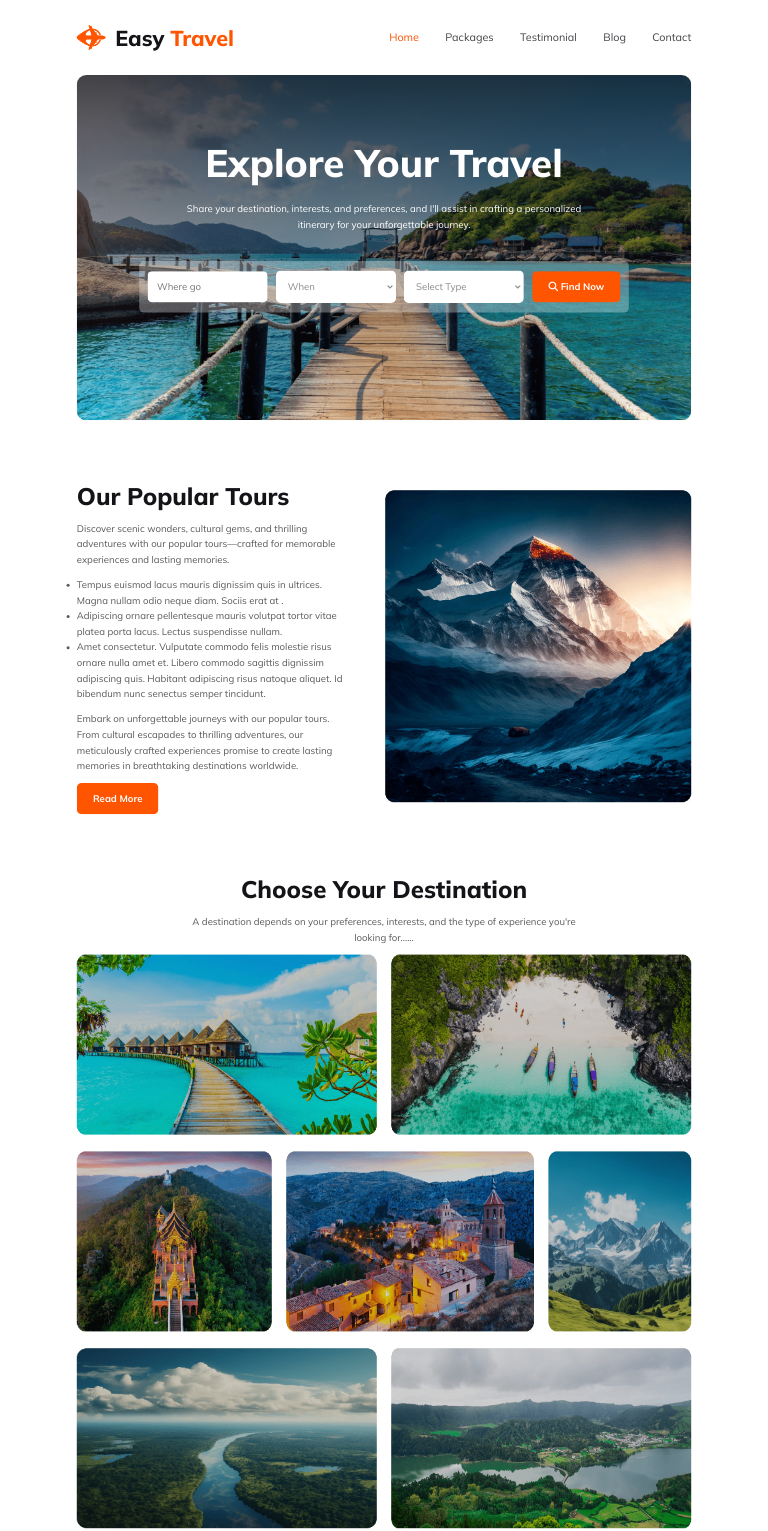
Repository: ShouravAhammed/Assignment-2
Page: index.html
These files come from the project's save history. The page is drawn as it stood at one moment and after the next save; the edit follows.
The browser window is 1280 px wide. The pictures show the whole page, at 60% of full size.
Some web libraries are served in a nearby version.

Above is the page before, as saved 2024-01-16 15:10:35.

### index.html
<!DOCTYPE html>
<html lang="en">
<head>
    <meta charset="UTF-8">
    <meta name="viewport" content="width=device-width, initial-scale=1.0">
    <!-- website title -->
    <title>Easy Travel</title>
    <!-- linked font awesome -->
    <script src="https://kit.fontawesome.com/0d98d502eb.js" crossorigin="anonymous"></script>
    <!-- linked favicon -->
    <link rel="shortcut icon" href="Images/Group 40071 (2).png" type="image/x-icon">
    <!-- linked css -->
    <link rel="stylesheet" href="styles/style.css">
</head>
<body>
    <!-- header part start -->
    <header id="header">
        <div class="container">
            <nav class="navigation">
                    <a class="website-name" href="">
                        <img src="Images/Group 40071 (2).png" alt="">
                        <h3 class="web-text">Easy <span class="web-text-color">Travel</span></h3>
                    </a>
                    <input type="checkbox" id="check">
                    <label for="check" class="checkbtn"><i class="fa-solid fa-bars"></i></label>
                    <ul class="nav">
                        <li><a class="active" href="">Home</a></li>
                        <li><a href="">Packages</a></li>
                        <li><a href="">Testimonial</a></li>
                        <li><a href="">Blog</a></li>
                        <li><a href="">Contact</a></li>
                    </ul>
                </nav>

                <section id="banner">
                    <div class="banner-container">
                        <div class="banner-text">
                            <h2 class="banner-title">Explore Your Travel</h2>
                        <p class="banner-description">Share your destination, interests, and preferences, and I'll assist in crafting a personalized itinerary for your unforgettable journey.</p>
                        </div>
                        <form class="banner-form" action="">
                            <input type="text" placeholder="Where go">
                            <select name="" id="">
                                <option value="">When</option>
                                <option value="">Maldives</option>
                                <option value="">Nepal</option>
                                <option value="">Singapur</option>
                                <option value="">Thailand</option>
                            </select>
                            <select name="" id="">
                                <option value="">Select Type</option>
                                <option value="">Maldives</option>
                                <option value="">Nepal</option>
                                <option value="">Singapur</option>
                                <option value="">Thailand</option>
                            </select>
                            <button class="primary-btn"><i class="fa-solid fa-magnifying-glass"></i> Find Now</button>
                        </form>
                    </div>
                </section>
        </div>
    </header>
    <!-- header part end -->
    <!-- main part start -->
    <main>
        <section id="tour">
            <div class="container">
                <div class="tour-container">
                    <div class="tour-text">
                        <h3 class="primary-title">Our Popular Tours</h3>
                        <p class="primary-description">Discover scenic wonders, cultural gems, and thrilling adventures with our popular tours—crafted for memorable experiences and lasting memories.</p>
                        <ul class="tour-list">
                            <li>Tempus euismod lacus mauris dignissim quis in ultrices. Magna nullam odio neque diam. Sociis erat at .</li>
                            <li>Adipiscing ornare pellentesque mauris volutpat tortor vitae platea porta lacus. Lectus suspendisse nullam.</li>
                            <li>Amet consectetur. Vulputate commodo felis molestie risus
                                ornare nulla amet et. Libero commodo sagittis dignissim adipiscing quis. Habitant adipiscing risus natoque aliquet. Id bibendum nunc senectus semper tincidunt.
                            </li>
                        </ul>
                        <p class="primary-description">Embark on unforgettable journeys with our popular tours. From cultural escapades to thrilling adventures, our meticulously crafted experiences promise to create lasting memories in breathtaking destinations worldwide.</p>
                        <button class="primary-btn">Read More</button>
                    </div>
                    <div class="tour-img">
                        <img src="Images/Rectangle 4.png" alt="tour-img">
                    </div>
                </div>
            </div>
        </section>
        <!-- destination section part -->
        <section id="destination">
            <div class="container">
                <dive class="destination-container">
                    <div class="destination-text">
                        <h3 class="primary-title">Choose Your Destination</h3>
                    <p class="primary-description">A destination depends on your preferences, interests, and the type of experience you're looking for......</p>
                    </div>
                    <div class="destination-content">
                        <div class="destination-img" id="img1">
                            <img src="Images/Rectangle 5.png" alt="">
                        </div>
                        <div class="destination-img" id="img2">
                            <img src="Images/Rectangle 8.png" alt="">
                        </div>
                        <div class="destination-img" id="img3">
                            <img src="Images/Rectangle 6.png" alt="">
                        </div>
                        <div class="destination-img" id="img4">
                            <img src="Images/Rectangle 7.png" alt="">
                        </div>
                        <div class="destination-img" id="img5">
                            <img src="Images/Rectangle 9.png" alt="">
                        </div>
                        <div class="destination-img" id="img6">
                            <img src="Images/Rectangle 11.png" alt="">
                        </div>
                        <div class="destination-img" id="img7">
                            <img src="Images/Rectangle 10.png" alt="">
                        </div>
                    </div>
                </dive>
            </div>
        </section>
    </main>
    <!-- main part end -->
    <!-- footer part start -->
    <footer>

    </footer>
    <!-- footer part end -->
</body>
</html>

### styles/style.css
/* Import Fonts From Google Fonts */
@import url('https://fonts.googleapis.com/css2?family=Mulish:ital,wght@0,200;0,300;0,400;0,500;0,600;0,700;0,800;0,900;0,1000;1,200;1,300;1,400;1,500;1,600;1,700;1,800;1,900;1,1000&display=swap');@import url('https://fonts.googleapis.com/css2?family=Mulish:ital,wght@0,200;0,300;0,400;0,500;0,600;0,700;0,800;0,900;0,1000;1,200;1,300;1,400;1,500;1,600;1,700;1,800;1,900;1,1000&display=swap');

/* color clearance */
:root{
    --primary-color: #FF5400;
    --secondary-color: #131318;
    --third-color: #fff;
}

/* all default size off */
*{
    margin: 0;
    padding: 0;
    outline: 0;
    box-sizing: border-box;
}
/* container display measuring size*/
.container{
    width: 80%;
    margin: 0 auto;
}
/* primary title, description and button */
.primary-title{
    color: var(--secondary-color);
    font-family: Mulish;
    font-size: 2.5rem;
    font-weight: 800;
}
.primary-description{
    color: rgba(19, 19, 24, 0.70);
    font-family: Mulish;
    font-size: 1rem;
    font-weight: 400;
    line-height: 26px;
    margin: 16px 0;
}
/* navigation css style */
.navigation{
    display: flex;
    align-items: center;
    justify-content: space-between;
    margin: 40px 0;
}
.website-name{
    display: flex;
    align-items: center;
    gap: 16px;
    text-decoration: none;
}
.website-name img{
    width: 48px;
}
.website-name .web-text{
    color: var(--secondary-color);
    font-family: Mulish;
    font-size: 2.25rem;
    font-weight: 800;
}
.website-name .web-text-color{
    color: var(--primary-color);
}


.checkbtn{
    font-size: 1.75rem;
    color: #131318;
    display: none;
}
#check{
    display: none;
}



.navigation > .nav{
    display: flex;
    align-items: center;
    gap: 44px;
}
.nav > li{
    list-style: none;
}
.nav > li a{
    color: #424247;
    font-family: Mulish;
    font-size: 1.125rem;;
    font-weight: 400;
    text-decoration: none;
    transition: all ease 0.3s;
}
.nav > li a.active, .nav > li a:hover{
    color: var(--primary-color);
}

#banner{
    background-image: linear-gradient(180deg, rgba(19, 19, 24, 0.80) 0%, rgba(19, 19, 24, 0.00) 100%), url(../Images/Group13.png);
    background-position: center;
    background-size: cover;
    background-repeat: no-repeat;
    height: 80vh;
    border-radius: 16px;
}
.banner-text{
    padding-top: 106px;
    width: 676px;
    margin: 0 auto 48px auto;
    text-align: center;
}
.banner-text .banner-title{
    color: #FFF;
    font-family: Mulish;
    font-size: 4rem;
    font-weight: 800;
}
.banner-text .banner-description{
    color: #FFF;
    font-family: Mulish;
    font-size: 1rem;
    font-weight: 400;
    line-height: 26px;
    margin-top: 24px;
}
.banner-form{
    border-radius: 8px;
    background: rgba(255, 255, 255, 0.30);
    width: 816px;
    padding: 16px 0px;
    margin: 0 auto;
    text-align: center;
    display: flex;
    align-items: center;
    justify-content: space-evenly;
}
.banner-form input, .banner-form select{
    color: rgba(19, 19, 24, 0.50);
    border-radius: 8px;
    background: #FFF;
    font-family: Mulish;
    font-size: 1rem;
    font-weight: 400;
    padding: 14px;
    border: 2px solid transparent;
    transition: all ease 0.5s;
    width: 200px;
}
.banner-form input:hover{
    border: 2px solid var(--primary-color);
}
.banner-form select:hover{
    border: 2px solid var(--primary-color);
}
.primary-btn{
    color: #FFF;
    font-family: Mulish;
    font-size: 16px;
    font-weight: 700;
    border-radius: 8px;
    background: #FF5400;
    border: none;
    padding: 14px 25px;
    border:  2px solid transparent;
    transition: all ease 0.5s;
}
.primary-btn:hover{
    border: 2px solid var(--primary-color);
    background: #fff;
    color: var(--primary-color);
}



/* tour section css style */
#tour{
    margin: 100px 0;
}
.tour-container{
    display: flex;
    gap: 53px;
    align-items: center;
}
.tour-text{
    width: 47%;
}
.tour-img{
    width: 52%;
}
.tour-img img{
    width: 100%;
}
.tour-list > li{
    color: rgba(19, 19, 24, 0.70);
    font-family: Mulish;
    font-size: 1rem;
    font-weight: 400;
    line-height: 26px;
}
/* destination section css style */

.destination-text{
    width: 643px;
    margin: 0 auto;
    text-align: center;
}
.destination-content{
    display: grid;
    grid-template-columns: repeat(12, 1fr);
    grid-template-rows: repeat(3, 1fr);
    gap: 24px;
}
.destination-img img{
    width: 100%;
    height: 300px;
}
#img1{
    grid-column: 1/ span 6;
    grid-row: 1/ span 1;
}
#img2{
    grid-column: 7/ span 6;
    grid-row: 1/ span 1;
}
#img3{
    grid-column: 1/ span 4;
    grid-row: 2/ span 1;
}
#img4{
    grid-column: 5/ span 5;
    grid-row: 2/ span 1;
}
#img5{
    grid-column: 10/ span 3;
    grid-row: 2/ span 1;
}
#img6{
    grid-column: 1/ span 6;
    grid-row: 3/ span 1;
}
#img7{
    grid-column: 7/ span 6;
    grid-row: 3/ span 1;
}








/* mobile device */
@media only screen and (max-width: 576px){


    /* primary  */
    .primary-title{
        font-size: 1.25rem;
    }
    .primary-description{
        font-size: 0.875rem;
        line-height: 24px;
    }









    /* navigation mobile device part css style */
    .navigation{
        margin: 35px 0;
    }
    .checkbtn{
        display: block;
    }
    .navigation > .nav{
        flex-direction: column;
        gap: 20px;
        padding-top: 30px;
        position: fixed;
        width: 100%;
        height: 50vh;
        background: #fff;
        top: 80px;
        left: -100%;
        text-align: center;
        transition: all ease 0.3s;
    }
    #check{
        display: none;
    }
    #check:checked ~ ul{
        left: 0;
    }

    /* banner mobile device section css style */
    .banner-text {
        padding-top: 32px;
        width: 100%;
        margin-bottom: 32px;
    }
    .banner-text .banner-title{
        font-size: 1.375rem;
    }
    .banner-text .banner-description{
        font-size: 0.875rem;
        line-height: 21px;
    }
    .banner-form input, .banner-form select{
        width: 100%;
    }
    .banner-form {
        width: 85%;
        padding: 16px 20px;
        flex-direction: column;
        gap: 16px;
    }


    /* tour mobile device section css style */
    #tour{
        margin: 24px 0;
    }
    .tour-container {
        gap: 24px;
        flex-direction: column;
    }
    .tour-text{
        width: 100%;
    }
    .tour-list > li{
        font-size: 0.875rem;
        line-height: 24px;
    }
    .tour-img{
        width: 100%;
    }
}

After the next save:
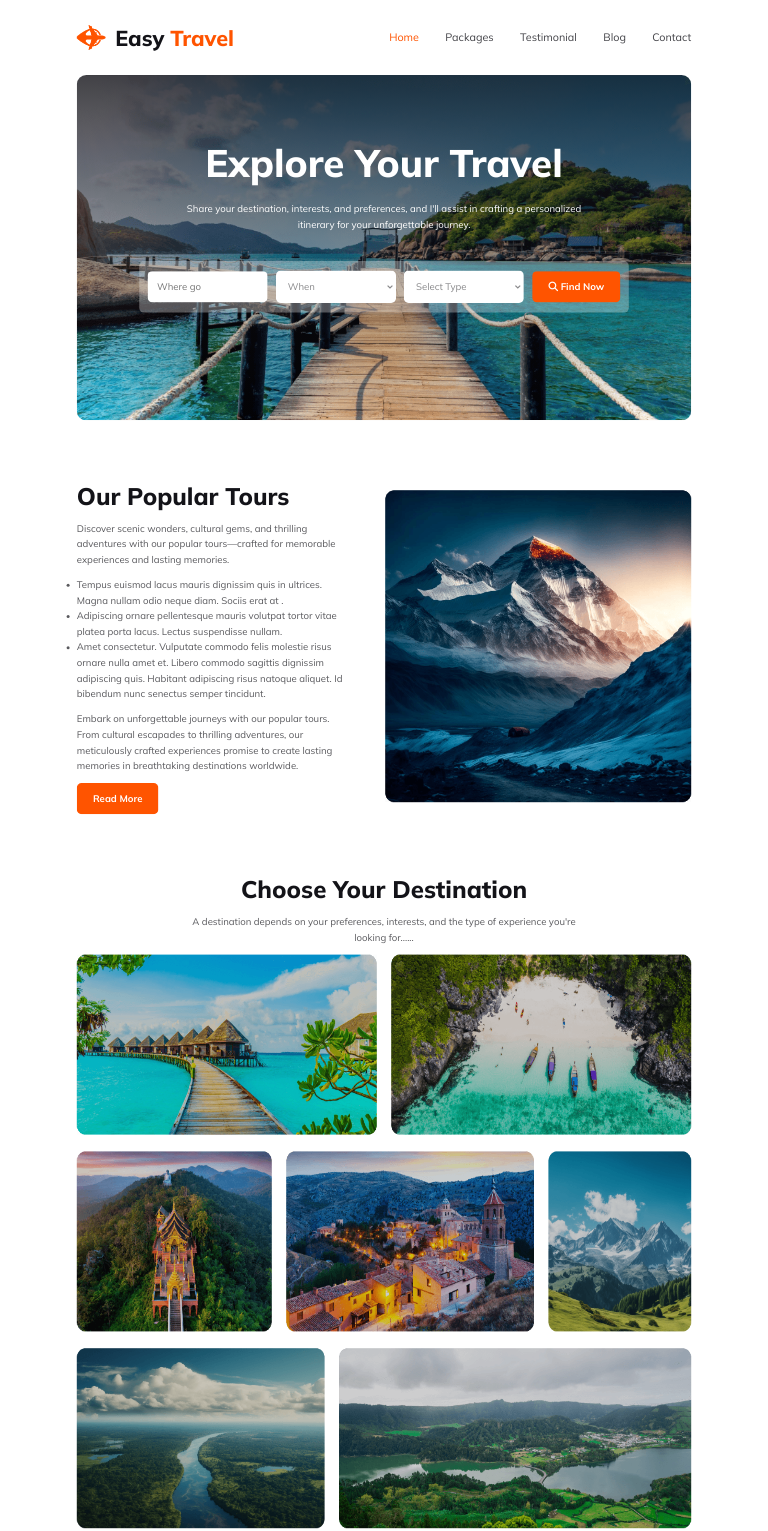
Saved 69 s later.
--- a/styles/style.css
+++ b/styles/style.css
@@ -233,11 +233,11 @@
     grid-row: 2/ span 1;
 }
 #img6{
-    grid-column: 1/ span 6;
+    grid-column: 1/ span 5;
     grid-row: 3/ span 1;
 }
 #img7{
-    grid-column: 7/ span 6;
+    grid-column: 6/ span 7;
     grid-row: 3/ span 1;
 }
 
